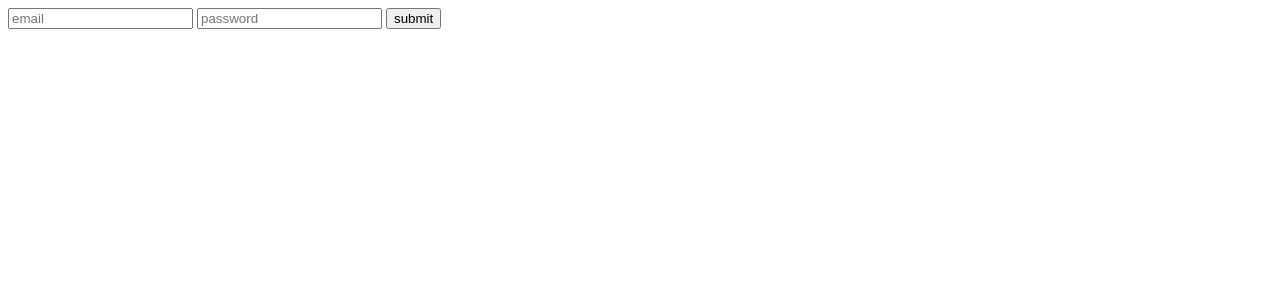
Repository: RenataDzotova/TwitterApp
Page: server/view/login.html
An editor plug-in stored every save of this project. The page is shown before and after the next save, followed by the edit.
The browser window is 1280 px wide. The pictures show the whole page.

Above is the page before, as saved 2022-12-08 23:06:08.

After the next save:
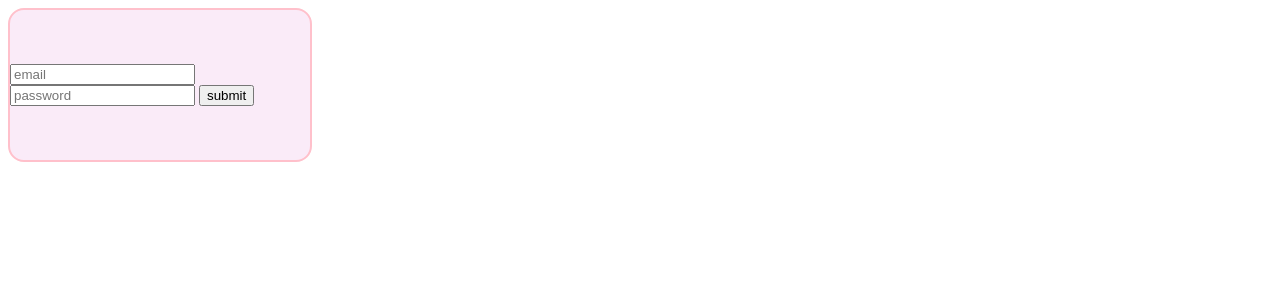
Saved 110 s later.
--- a/server/view/login.html
+++ b/server/view/login.html
@@ -3,12 +3,29 @@
 <head>
     <meta charset="UTF-8">
     <title>Login</title>
+    <style>
+         #container {
+            display: flex;
+            align-items: center;
+            justify-content: center;
+            flex-direction: column;
+            width: 300px;
+            height: 150px;
+            color: maroon;
+            background-color: #faebf8;
+            margin-left: 0px;
+            border-radius: 16px;
+            border: 2px solid pink;
+        }
+    </style>
 </head>
 <body>
-    <form action="/login" method="post">
-        <input type="text" name="email" placeholder="email">
-        <input type="text" name="password" placeholder="password">
-        <button type="submit">submit</button>
-    </form>
+    <div id="container">
+        <form action="/login" method="post">
+            <input type="text" name="email" placeholder="email">
+            <input type="text" name="password" placeholder="password">
+            <button type="submit">submit</button>
+        </form>
+    </div>
 </body>
 </html>
